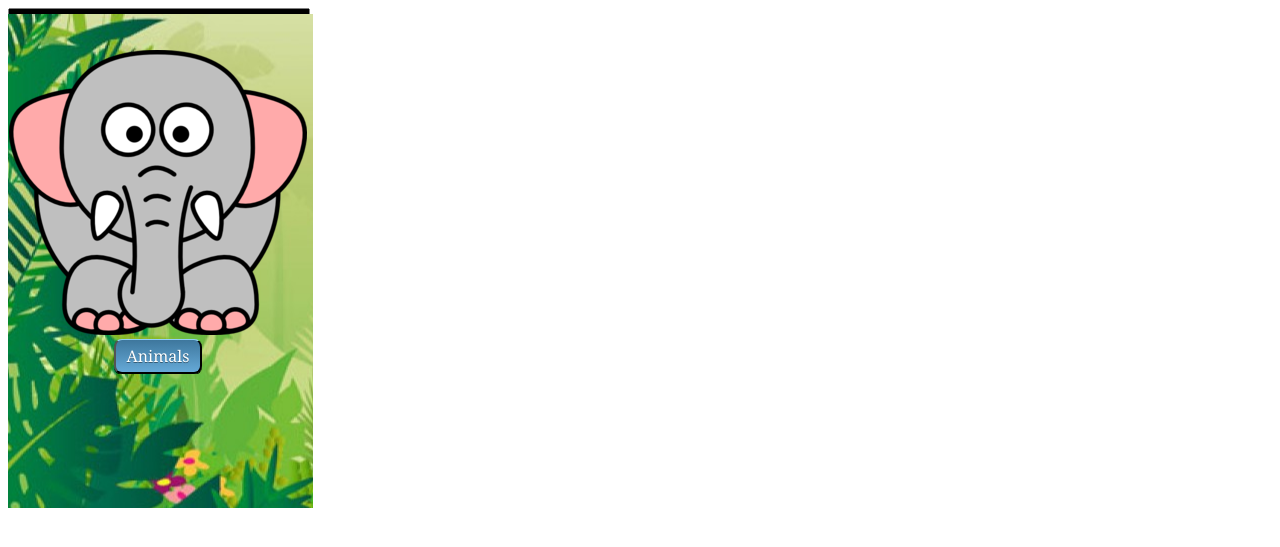
Repository: RathipriyaChandrasekaran/dotlite
Page: ConnectDots/menupage.html
An editor plug-in stored every save of this project. The page is shown before and after the next save, followed by the edit.
The browser window is 1280 px wide. The pictures show the whole page.

Above is the page before, as saved 2014-12-14 03:23:32.

### ConnectDots/menupage.html
<!DOCTYPE html>
<html>
<head>
     <meta charset="utf-8" />
     <meta name="viewport" content="width=device-width, initial-scale=1.0, maximum-scale=1.0">
     <link rel="stylesheet" type="text/css" href="css/appstyle.css"/>
     <script src="js/main.js"></script>
</head>
<body>

 <div id="scroll" class="scope">

   <div id="filmstrip" class="filmstrip" style= "width: 1000px;">
    <div id="animallearning">
     <img src="images/elephants.png"></img>
     <button class="button" >Animals</button>
    </div>
    <div id="musiclearning">
     <img src="images/guitar.png"></img>
     <button class="button">Music</button>
    </div>
    <div id="fruitslearning">
     <img src="images/fruits.png"></img>
     <button class="button">Fruits</button>
    </div>

   </div>
 </div>
 <canvas id="canvas" width="305px" height="500px"></canvas>



 <script>
 var points=new Array();
 var canvas = document.getElementById('canvas');
 var context = canvas.getContext('2d');
 var height = 490;
 var width = 300;

 context.beginPath();
 context.rect(1, 1, width, height);
 context.fill();
 context.lineWidth = 1;
 context.strokeStyle = 'black';
 context.stroke();

 function loadCanvas(dataURL, _cb) {

     // load image from data url
     var imageObj = new Image();
     imageObj.onload = function() {
         var imgWidth = this.width;
         var imgHeight = this.height;
         var posX = (width - imgWidth)/2;
         var posY = (height - imgHeight)/2;
         context.drawImage(this, -5, posY + 10);
         if (_cb) _cb();
     };

     imageObj.src = dataURL;
 }

loadCanvas("images/jungle.png", function() {

});




 </script>
</body>
</html>

### ConnectDots/css/appstyle.css
#backgroundimage{
	display: block;

    background-repeat: no-repeat ;
}

#play{
	position: absolute;
	top: 270px;
	left: 200px;
	width: 100px;
	height: 35px;
}

#pref{
	position : absolute;
	top: 320px;
	left: 200px;
	width: 100px;
	height: 30px;
}
#moregame{
	position : absolute;
	top: 360px;
	left: 200px;
	width: 100px;
	height: 30px;
}
#animals{
	position : absolute;
	top: 440px;
	left: 80px;
	width: 150px;
	height: 40px;
}
#fullversion{
	position : absolute;
	top: 400px;
	left: 200px;
	width: 100px;
	height: 30px;
}
.button {
   border-top: 1px solid #96d1f8;
   background: #D2691E;
   background: -webkit-gradient(linear, left top, left bottom, from(#3e779d), to(#65a9d7));
   background: -webkit-linear-gradient(top, #3e779d, #65a9d7);
   background: -moz-linear-gradient(top, #3e779d, #65a9d7);
   background: -ms-linear-gradient(top, #3e779d, #65a9d7);
   background: -o-linear-gradient(top, #3e779d, #65a9d7);
   padding: 5px 10px;
   -webkit-border-radius: 8px;
   -moz-border-radius: 8px;
   border-radius: 8px;
   -webkit-box-shadow: rgba(0,0,0,1) 0 1px 0;
   -moz-box-shadow: rgba(0,0,0,1) 0 1px 0;
   box-shadow: rgba(0,0,0,1) 0 1px 0;
   text-shadow: rgba(0,0,0,.4) 0 1px 0;
   color: white;
   font-size: 16px;
   font-family: Georgia, serif;
   text-decoration: bold;
   vertical-align: middle;
   }
.button:hover {
   border-top-color: #28597a;
   background: #28597a;
   color: #ccc;
   }
.button:active {
   border-top-color: #1b435e;
   background: #D2691E;
   }
   .smallbutton {
   border-top: 1px solid #96d1f8;
   background: #65a9d7;
   background: -webkit-gradient(linear, left top, left bottom, from(#3e779d), to(#65a9d7));
   background: -webkit-linear-gradient(top, #3e779d, #65a9d7);
   background: -moz-linear-gradient(top, #3e779d, #65a9d7);
   background: -ms-linear-gradient(top, #3e779d, #65a9d7);
   background: -o-linear-gradient(top, #3e779d, #65a9d7);
   padding: 5px 10px;
   -webkit-border-radius: 8px;
   -moz-border-radius: 8px;
   border-radius: 8px;
   -webkit-box-shadow: rgba(0,0,0,1) 0 1px 0;
   -moz-box-shadow: rgba(0,0,0,1) 0 1px 0;
   box-shadow: rgba(0,0,0,1) 0 1px 0;
   text-shadow: rgba(0,0,0,.4) 0 1px 0;
   color: white;
   font-size: 14px;
   font-family: Georgia, serif;
   text-decoration: none;
   vertical-align: middle;
   }
   .scope{
     position: absolute;
     top: 50px;
     width:300px;
     overflow-x:scroll;
     overflow-y:hidden;
   }



/**/
.filmstrip>div {
  width:300px;
  display:inline-block;
  text-align:center;
}

### ConnectDots/js/main.js
var startTime;
var checkTime;

//Initialize function
var init = function () {
	// TODO:: Do your initialization job
	console.log("init() called");

	// add eventListener for tizenhwkey
	document.addEventListener('tizenhwkey', function(e) {
		if(e.keyName == "back") {
			try {
				tizen.application.getCurrentApplication().exit();
			} catch (error) {
				console.error("getCurrentApplication(): " + error.message);
			}
		}
	});
};
// window.onload can work without <body onload="">
window.onload = init;

function startTime() {
	var today = new Date();
	var h = today.getHours();

	var m = today.getMinutes();
	var s = today.getSeconds();
	m = checkTime(m);
	s = checkTime(s);
	document.getElementById('divbutton1').innerHTML="Current time: " + h + ":" + m + ":" + s;
	var t = setTimeout(startTime, 250);
}

function checkTime(i) {
	if (i < 10) {
		i="0" + i;
	}
	return i;
}

After the next save:
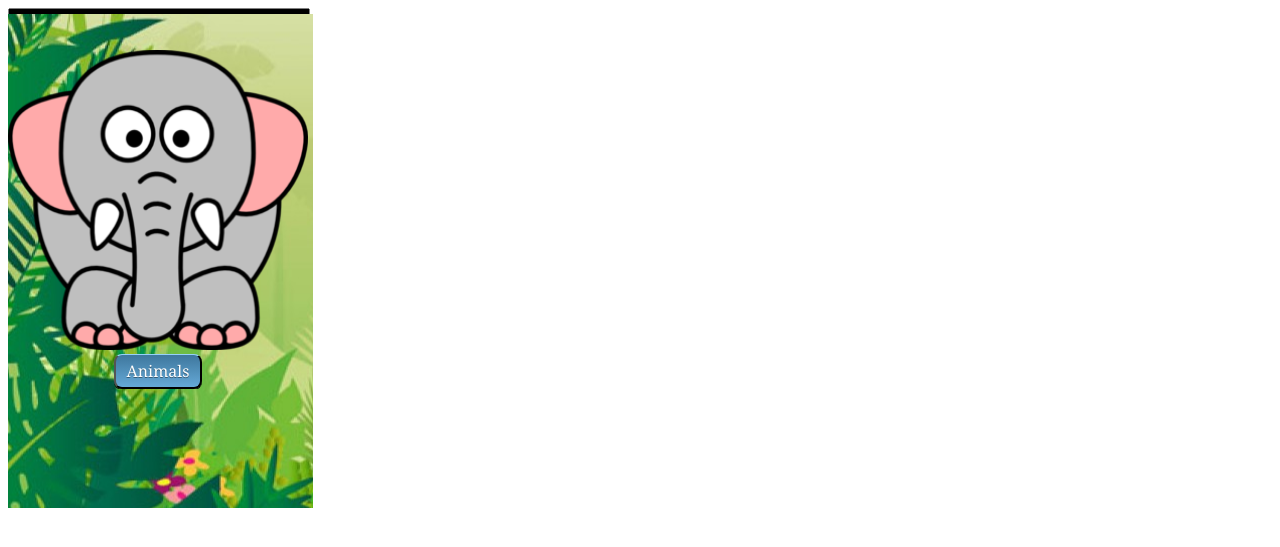
Saved 4 min 13 s later.
--- a/ConnectDots/css/appstyle.css
+++ b/ConnectDots/css/appstyle.css
@@ -101,6 +101,10 @@
      overflow-y:hidden;
    }
 
+    img{
+     width:300px;
+     height: 300px;
+    }
 
 
 /**/
